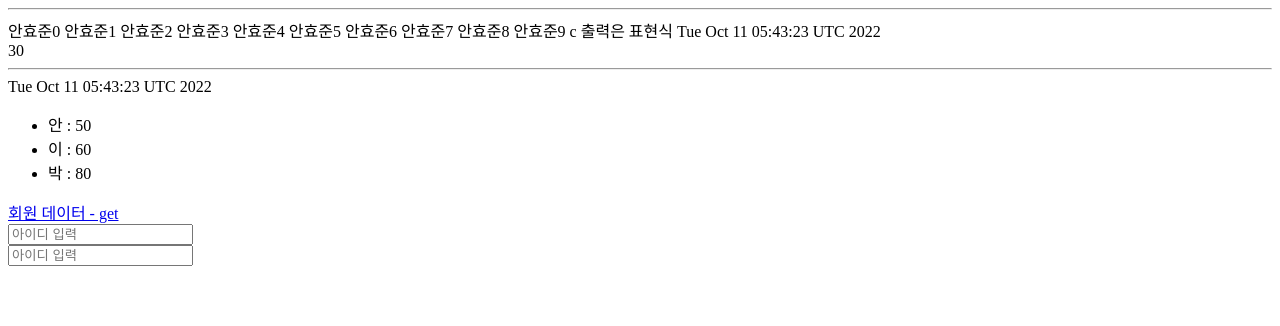
Repository: HyoJun-A/jsp
Page: http://localhost/practice01/
The author's editor kept a copy of each file at every save. The page is drawn from the files as they stood at one save, then again after the next save.
The browser window is 1280 px wide. The pictures show the whole page.
The page is served by Tomcat 9.

Above is the page before, as saved 2022-10-11 06:46:47.

### practice01/WebContent/index.jsp
<%@ page language="java" contentType="text/html; charset=UTF-8"
    pageEncoding="UTF-8"%>
<!-- 페이지 디렉티브 : @ page(내용) -->
<%@ page import="java.util.Date" %>
<!DOCTYPE html>
<html>
<head>
<meta charset="UTF-8">
<title>웹문서 테스트</title>
</head>
<body>
<%!
	//선언문 - 객체, 변수, 메소드 선언시
	//선언만 가능, 연산시 오류
	int[] score = {50, 60, 80};
	String[] names = {"안", "이", "박"};
	int a = 20;
	int b = 30;
	Date now = new Date();
%>
<hr>
<%
	//처리구문 -> 스크립트릿(scriptlet) : 자바코드
	//선언, 연산 가능
	int c;
	String name = "안효준";
	if(a>b){
		c = a;
	} else{
		c = b;
	}
	for(int d=0; d<10; d++){
		out.println(name+d);
	}
	out.println("c 출력은 표현식");
	out.println(now);
%>
<div id="result">
	<%=c %>
	<hr>
	<%=now %>
	<ul>
		<!-- for문을 따로 나눠서 사용하여 중간 값에 태그를 사용할 수 있다. -->
		<%
			for(int i=0; i<score.length; i++){
		%>
		<li><%=names[i] %> : <%=score[i] %></li>
		<%
			}
		%>
	</ul>
	<!-- get방식 -->
	<a href="test01.jsp?id=ahj&pw=1234&name=안효준">회원 데이터 - get</a>
	<form action="test02.jsp" name="login_from">
		<input name="id" id="id" placeholder="아이디 입력"><br>
		<input type="password" name="pw" id="pw" placeholder="아이디 입력"><br>
	</form>
	<div id="msg">
		<%
			String msg = request.getParameter("msg");
		%>
	</div>
</div>

</body>
</html>

After the next save:
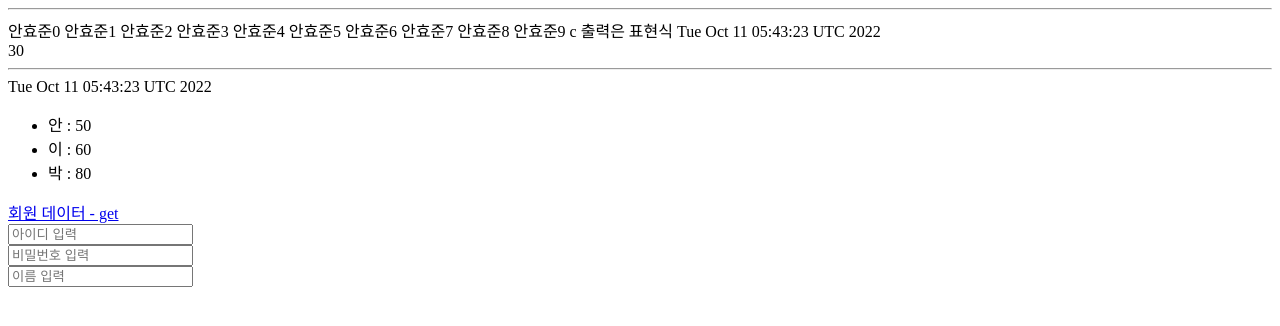
Saved 32 s later.
--- a/practice01/WebContent/index.jsp
+++ b/practice01/WebContent/index.jsp
@@ -53,7 +53,8 @@
 	<a href="test01.jsp?id=ahj&pw=1234&name=안효준">회원 데이터 - get</a>
 	<form action="test02.jsp" name="login_from">
 		<input name="id" id="id" placeholder="아이디 입력"><br>
-		<input type="password" name="pw" id="pw" placeholder="아이디 입력"><br>
+		<input type="password" name="pw" id="pw" placeholder="비밀번호 입력"><br>
+		<input name="name" id="name" placeholder="이름 입력"><br>
 	</form>
 	<div id="msg">
 		<%
